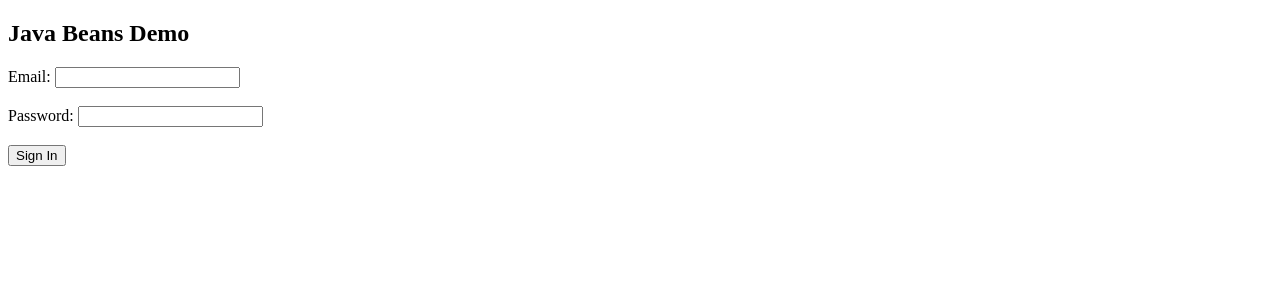
Repository: bhageshchincholi/AdvanceJava
Page: http://localhost/Election/
The author's editor kept a copy of each file at every save. The page is drawn from the files as they stood at one save, then again after the next save.
The browser window is 1280 px wide. The pictures show the whole page.
The page is served by Tomcat 9.

Above is the page before, as saved 2024-06-10 14:29:08.

After the next save:
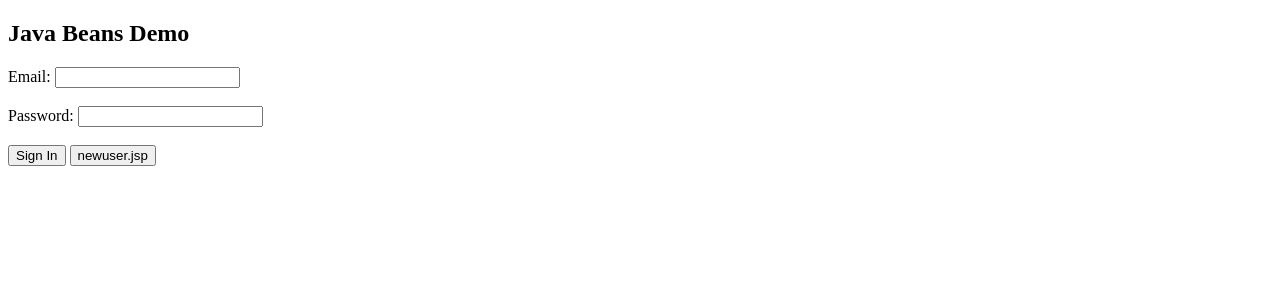
Saved 61 s later.
--- a/ElectionJSP/Election/src/main/webapp/index.jsp
+++ b/ElectionJSP/Election/src/main/webapp/index.jsp
@@ -12,6 +12,7 @@
 		Email: <input type="text" name="email"/> <br/><br/>
 		Password: <input type="password" name="password"/> <br/><br/>
 		<input type="submit" value="Sign In"/>
+		<input type="submit" value="newuser.jsp"/>
 	</form>
 </body>
 </html>
